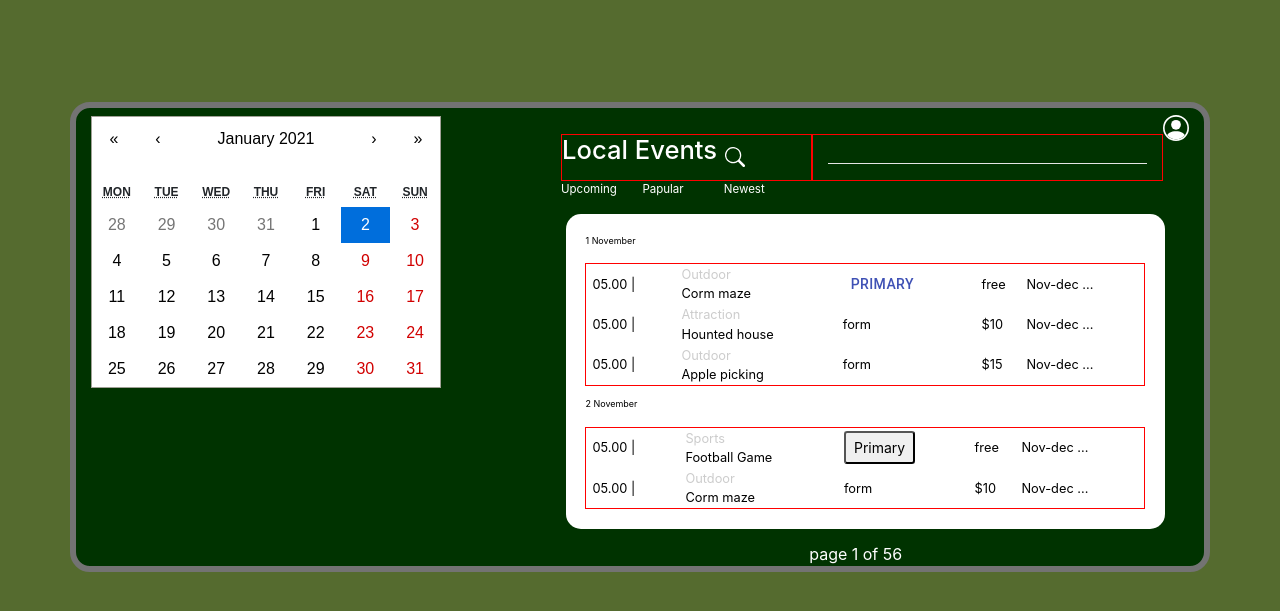
Repository: lalji-yadav/Calendar-code
Page: /
The author's editor kept a copy of each file at every save. The page is drawn from the files as they stood at one save, then again after the next save.
The browser window is 1280 px wide. The pictures show the whole page.
The project was rebuilt for these pictures with package versions that can differ from the ones it lists, and the page was loaded fresh each time. Also part of the build but not shown: src/App.css.

Above is the page before, as saved 2021-01-04 13:37:58.

### src/App.js
import logo from './logo.svg';
import './App.css';
import MyApp from './calendar/calendar'
import Home from "./calendar/Home";

function App() {
  return (
    <div>
      <header>

        <Home />

      </header>
    </div>
  );
}

export default App;

### src/calendar/calendar.js
import React, { useState } from 'react';
import 'react-calendar/dist/Calendar.css';
import Calendar from 'react-calendar';

function MyApp() {
  const [value, onChange] = useState(new Date());

  return (
    <div>
      <Calendar
        onChange={onChange}
        value={value}
      />
    </div>
  );
}

export default MyApp;

### src/calendar/Home.js
import React from 'react';
import "./Home.css";
import MyApp from "./calendar";
import Button from '@material-ui/core/Button';

function Home() {

  return (
    <div className="main">
      <div className='container'>
        <div className="row">
          <div className="col-sm-5 calendar">
             <MyApp />
          </div>
          <div className="col-sm-7">

            <div style={{float:"right", paddingTop:"1%"}}>
            <svg xmlns="http://www.w3.org/2000/svg" width="26" height="26" fill="white" class="bi bi-person-circle" viewBox="0 0 16 16">
            <path d="M13.468 12.37C12.758 11.226 11.195 10 8 10s-4.757 1.225-5.468 2.37A6.987 6.987 0 0 0 8 15a6.987 6.987 0 0 0 5.468-2.63z"/>
             <path fill-rule="evenodd" d="M8 9a3 3 0 1 0 0-6 3 3 0 0 0 0 6z"/>
             <path fill-rule="evenodd" d="M8 1a7 7 0 1 0 0 14A7 7 0 0 0 8 1zM0 8a8 8 0 1 1 16 0A8 8 0 0 1 0 8z"/>
            </svg>
            </div>

            <div className="row" style={{paddingTop:"4%"}}>
               <div className="col-sm-5" style={{border:"1px solid red"}}>
                 <div className="row">
                 <h1 style={{color:"white", fontSize:"2vw"}}>Local Events </h1>
               <svg  style={{margin:"5% 0% 0% 3%"}} xmlns="http://www.w3.org/2000/svg" width="20" height="20" fill="white" class="bi bi-search" viewBox="0 0 16 16">
               <path d="M11.742 10.344a6.5 6.5 0 1 0-1.397 1.398h-.001c.03.04.062.078.098.115l3.85 3.85a1 1 0 0 0 1.415-1.414l-3.85-3.85a1.007 1.007 0 0 0-.115-.1zM12 6.5a5.5 5.5 0 1 1-11 0 5.5 5.5 0 0 1 11 0z"/>
               </svg>
                 </div>
               </div>
               <div className="col-sm-7" style={{border:"1px solid red", paddingTop:"3%"}}>
               <hr style={{marginTop:"10px"}} />

               </div>

            </div>

            <div className="row">
          <div className="col-sm-5 row" style={{color:"white", fontSize:"0.9vw"}}>
            <div className="col-sm-4">
             <p>Upcoming</p>
            </div>
            <div className="col-sm-4">
              <p>Papular</p>
            </div>
            <div className="col-sm-4">
              <p>Newest</p>
            </div>

             {/* Carosal design  */}
          </div>

          <div className="tablebox">

            <p style={{fontSize:"0.7vw"}}> 1 November </p>
                <table  style={{width:"100%", fontSize:"1vw", border:"1px solid red"}}>

                    <tbody>
                      <tr>
                        <td style={{padding:"6px"}}>05.00 |</td>
                        <td><span style={{color:"#cccccc"}}>Outdoor</span> <br/> Corm maze</td>
                        <td><Button color="primary">Primary</Button></td>
                        <td>free</td>
                        <td>Nov-dec ...</td>
                      </tr>
                      <tr>
                        <td style={{padding:"6px"}}>05.00 |</td>
                        <td><span style={{color:"#cccccc"}}>Attraction</span> <br/>Hounted house</td>
                        <td>form</td>
                        <td>$10</td>
                        <td>Nov-dec ...</td>
                      </tr>
                      <tr>
                        <td style={{padding:"6px"}}>05.00 |</td>
                        <td><span style={{color:"#cccccc"}}>Outdoor</span> <br /> Apple picking</td>
                        <td>form</td>
                        <td>$15</td>
                        <td>Nov-dec ...</td>
                      </tr>
                    </tbody>
                  </table>

                  <p style={{paddingTop:"2%", fontSize:"0.7vw"}}> 2 November </p>
                  <table  style={{width:"100%", fontSize:"1vw", border:"1px solid red"}}>

                    <tbody>
                      <tr>
                        <td style={{padding:"6px"}}>05.00 |</td>
                        <td> <span style={{color:"#cccccc"}}>Sports</span> <br/> Football Game</td>
                        <td> <button type="button" class="btn-sm">Primary</button></td>
                        <td>free</td>
                        <td>Nov-dec ...</td>
                      </tr>
                      <tr>
                        <td style={{padding:"6px"}}>05.00 |</td>
                        <td><span style={{color:"#cccccc"}}>Outdoor</span> <br/> Corm maze</td>
                        <td>form</td>
                        <td>$10</td>
                        <td>Nov-dec ...</td>
                      </tr>

                    </tbody>
                  </table>
             </div>

             <p style={{margin:"2% 0% 0% 40%", color:"white"}}> page 1 of 56 </p>

        </div>

          </div>

        </div>

      </div>

    </div>
  );
}
export default Home;

### src/calendar/Home.css
.main {
    width: 100%;
    height: 100%;
    position: absolute;
    /* padding: 10% 5% 10% 5%; */
    background-color: darkolivegreen;
}
.container {
    width: 80%;
    /* height: 70%; */
    margin: 8% 10% 8% 10%;
    background-color: #003300;
    border: 6px solid #737373;
    border-radius: 20px;
}
.calendar {
    /* border: 2px solid red; */
    margin-top: 8px;
}
hr {
    color: white;
    width: 100%;
    margin-top: 5em;
    background-color: white;
}
.tablebox {
    margin: 0% 0% 0% 3%;
    padding: 3%;
    width: 91%;
    border-radius: 15px;
    color: black;
    background-color: white;
}

Loaded but not shown: public/index.html (common file); src/index.js (common file); src/index.css (common file); src/reportWebVitals.js (common file)

After the next save:
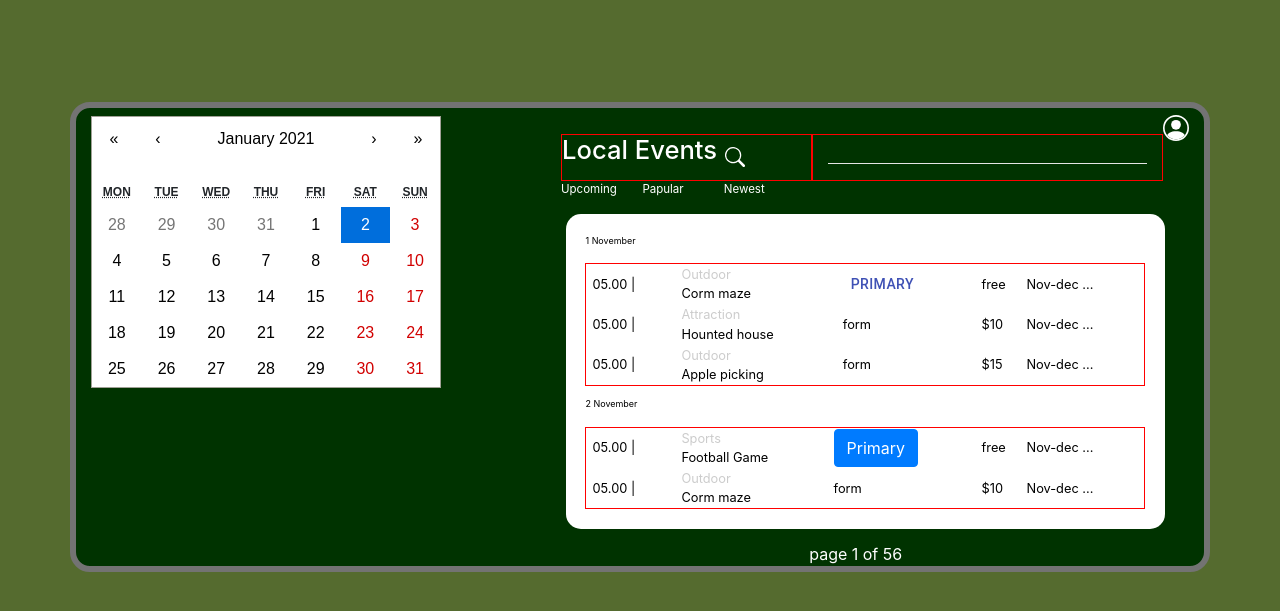
Saved 90 s later.
--- a/src/calendar/Home.js
+++ b/src/calendar/Home.js
@@ -90,7 +90,7 @@ function Home() {
                       <tr>
                         <td style={{padding:"6px"}}>05.00 |</td>
                         <td> <span style={{color:"#cccccc"}}>Sports</span> <br/> Football Game</td>
-                        <td> <button type="button" class="btn-sm">Primary</button></td>
+                        <td> <button type="button" class="btn btn-primary">Primary</button></td>
                         <td>free</td>
                         <td>Nov-dec ...</td>
                       </tr>
